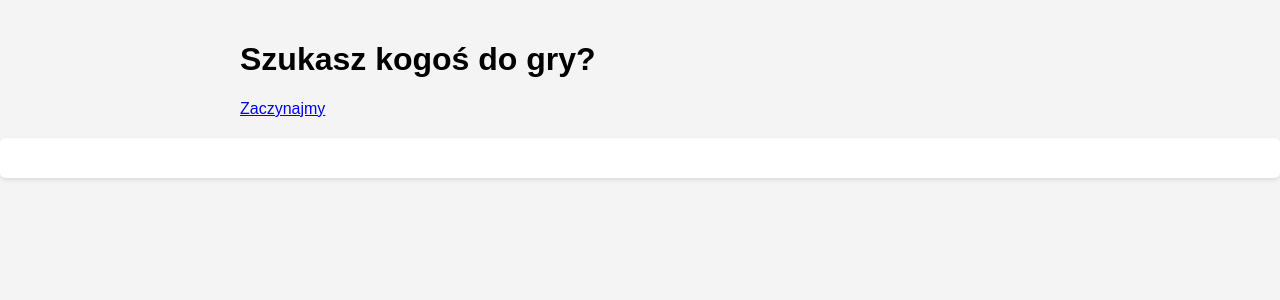
Repository: noisevisionproductions/PlayMeetWebsite
Page: src/main/resources/templates/posts.html
An editor plug-in stored every save of this project. The page is shown before and after the next save, followed by the edit.
The browser window is 1280 px wide. The pictures show the whole page.

Above is the page before, as saved 2024-03-24 15:49:49.

After the next save:
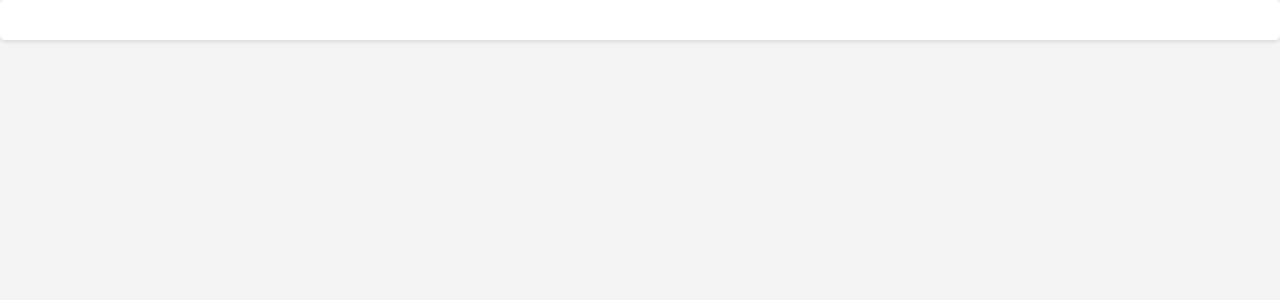
Saved 70 s later.
--- a/src/main/resources/templates/posts.html
+++ b/src/main/resources/templates/posts.html
@@ -32,17 +32,7 @@
         }
     </style>
 </head>
-<!-- Masthead-->
-<header class="masthead">
-    <div class="container px-4 px-lg-5 d-flex h-100 align-items-center justify-content-center">
-        <div class="d-flex justify-content-center">
-            <div class="text-center">
-                <h1 class="mx-auto my-0 text-uppercase">Szukasz kogoś do gry?</h1>
-                <a class="btn btn-primary" href="/posts.html">Zaczynajmy</a>
-            </div>
-        </div>
-    </div>
-</header>
+
 
 <body>
     <div class="post">
